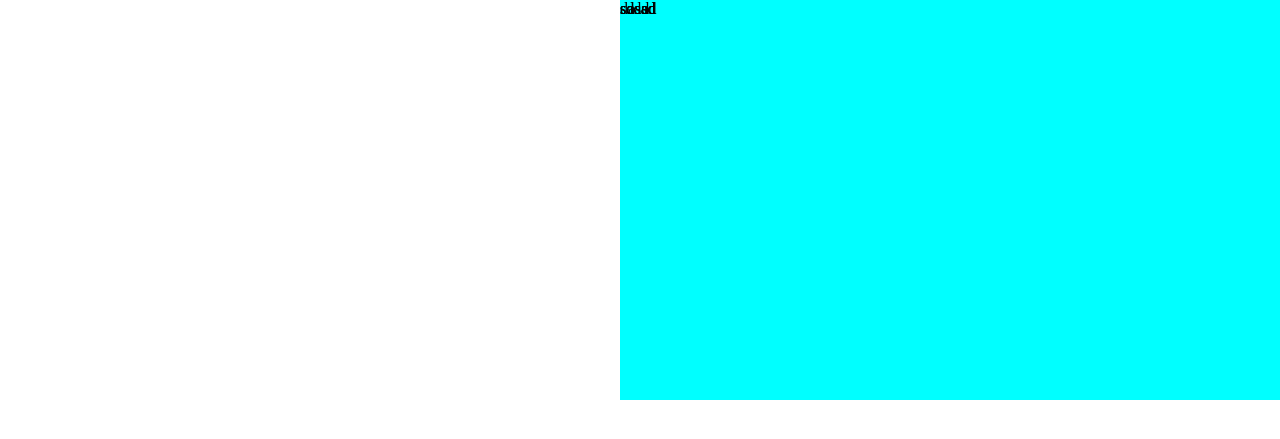
Repository: rohdejakub/portfolio
Page: index.html
An editor plug-in stored every save of this project. The page is shown before and after a run of saves, followed by the edit.
The browser window is 1280 px wide. The pictures show the whole page.

Above is the page before, as saved 2018-11-12 20:22:44.

After the next 2 saves:
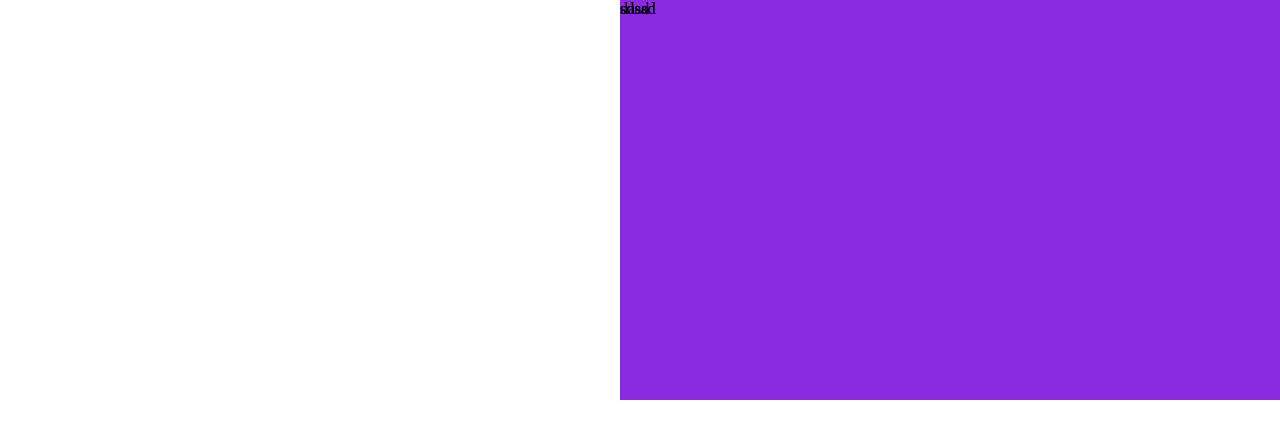
The 2 saves are shown as one change because they came seconds apart.
The last was saved 7 s later.
--- a/css/main.css
+++ b/css/main.css
@@ -30,7 +30,7 @@
 .about{
     grid-area: about;
     height: 400px;
-    background-color:
+    background-color: blueviolet;
 }
 
 .skills{
